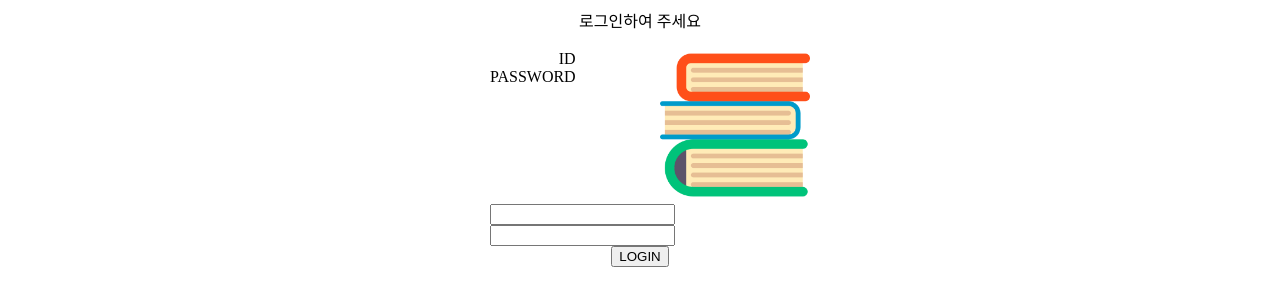
Repository: Minnaldo/Dev
Page: BackEnd/Eworkspace/ws_0911/WebContent/Login.html
These files come from the project's save history. The page is drawn as it stood at one moment and after the next save; the edit follows.
The browser window is 1280 px wide. The pictures show the whole page.

Above is the page before, as saved 2019-09-13 05:15:20.

### BackEnd/Eworkspace/ws_0911/WebContent/Login.html
<!DOCTYPE html>
<html>

<head>
<meta charset="UTF-8">
<title>Document</title>
<script src="https://code.jquery.com/jquery-3.4.1.js"></script>
<script>
	var login=function() {
		if ($('#input_id').val() == 'ssafy') {
			console.log($('#input_id').val());
			if ($('#input_pw').val() == '1111') {
				// load result.html
				console.log($('#input_pw').val());
				window.location.replace('./Result.html');
				alert('로그인 성공!');
			} else {
				alert('입력한 값을 다시 한번 확인해주세요');
			}
		} else {
			alert('입력한 값을 다시 한번 확인해주세요');
		}
	}
	$(function() {
		$('.login_btn').on('click', login);

		$('.login_btn').keydown(function(event){
			/* 엔터키 이벤트 */
			if(event.keyCode==13){
				login();
				alert('key enter press');
			}
		});
	});
</script>
</head>

<body>
	<div>
		<div style="text-align: center;">
			<div >로그인하여 주세요</div>
			<br>
			<div style="display: inline-block; width: 400px; margin-left: 100px">
			<img src="./images/books.png" alt="books" style="width: 150px;">
			<div style='float: left;'>
				<td>
				<div style="text-align : right;" >ID&nbsp; </div>
				</td>
				<td>
				<div style="text-align : right;">PASSWORD&nbsp; </div>
				</td>
			</div>
			<div style='float: left;'>
				<td>
				<div style="text-align : left;"><input type="text" id="input_id" required></div>
				</td>
				<td>
				<div style="text-align : left;"><input type="password" id="input_pw" required></div>
				</td>
			</div>
			</div>
			<div style="clear: both;">
				<button class="login_btn" style="clear:both;">LOGIN</button>
			</div>
		</div>
	</div>
</body>

</html>

After the next save:
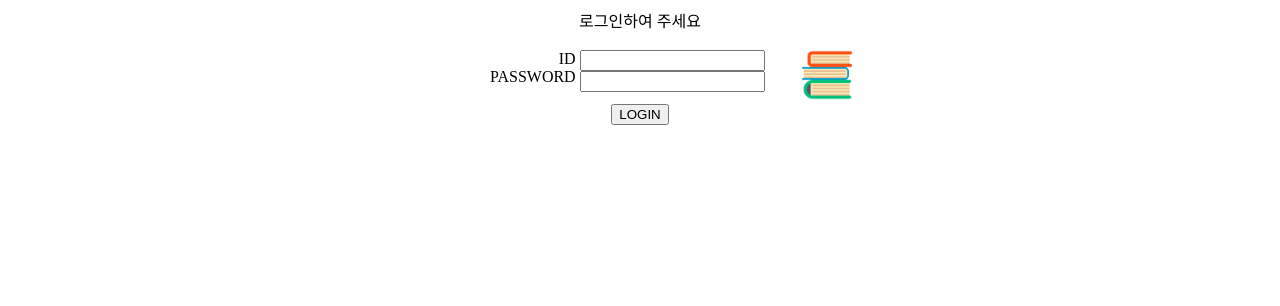
Saved 13 s later.
--- a/BackEnd/Eworkspace/ws_0911/WebContent/Login.html
+++ b/BackEnd/Eworkspace/ws_0911/WebContent/Login.html
@@ -41,7 +41,7 @@
 			<div >로그인하여 주세요</div>
 			<br>
 			<div style="display: inline-block; width: 400px; margin-left: 100px">
-			<img src="./images/books.png" alt="books" style="width: 150px;">
+			<img src="./images/books.png" alt="books" style="width: 50px;">
 			<div style='float: left;'>
 				<td>
 				<div style="text-align : right;" >ID&nbsp; </div>
